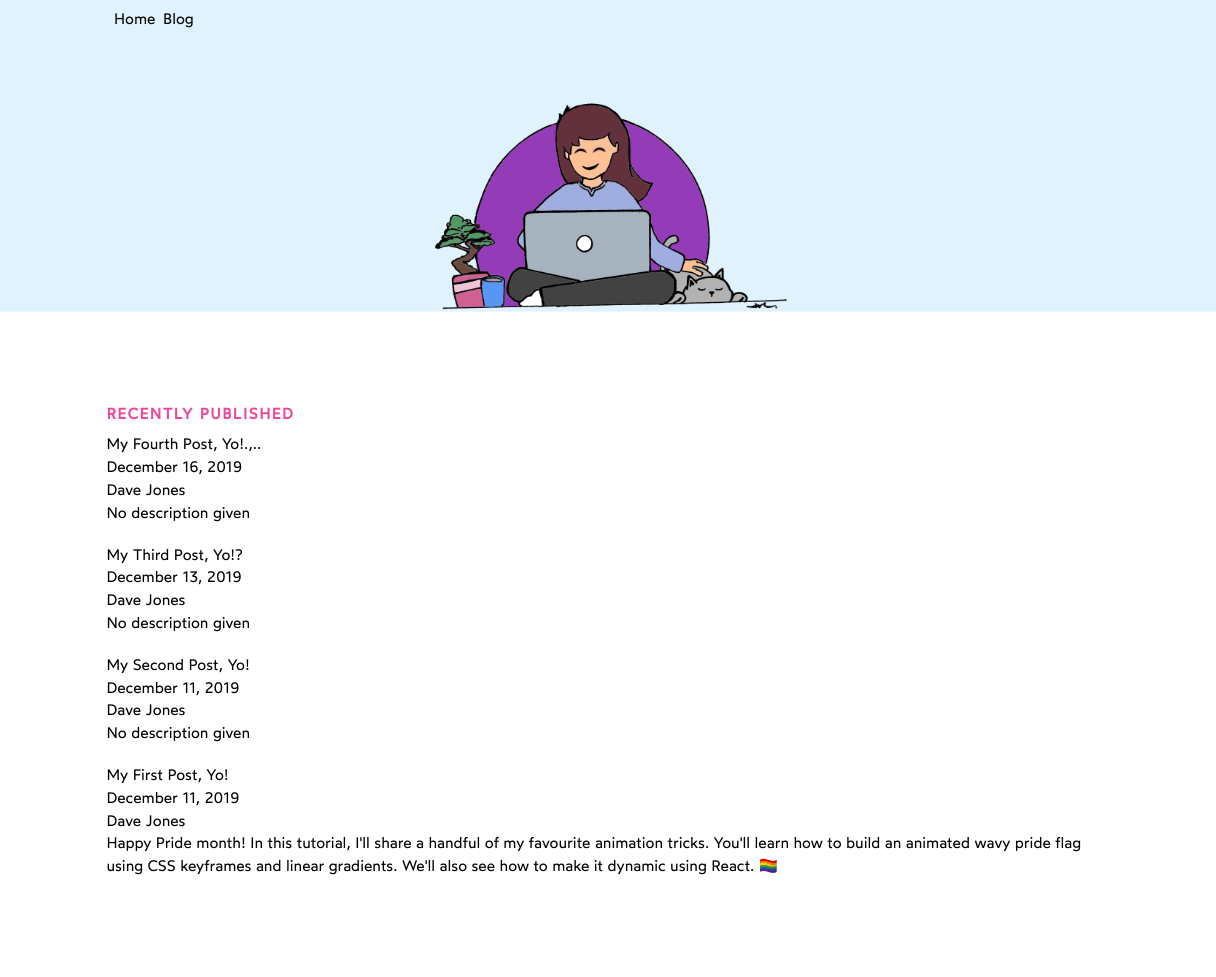
Repository: Risclover/markdown-blog
Page: /
An editor plug-in stored every save of this project. The page is shown before and after the next save, followed by the edit.
The browser window is 1280 px wide. The pictures show the whole page, at 95% of full size.
The project was rebuilt for these pictures with package versions that can differ from the ones it lists, and the page was loaded fresh each time.

Above is the page before, as saved 2023-06-28 15:34:39.

After the next save:
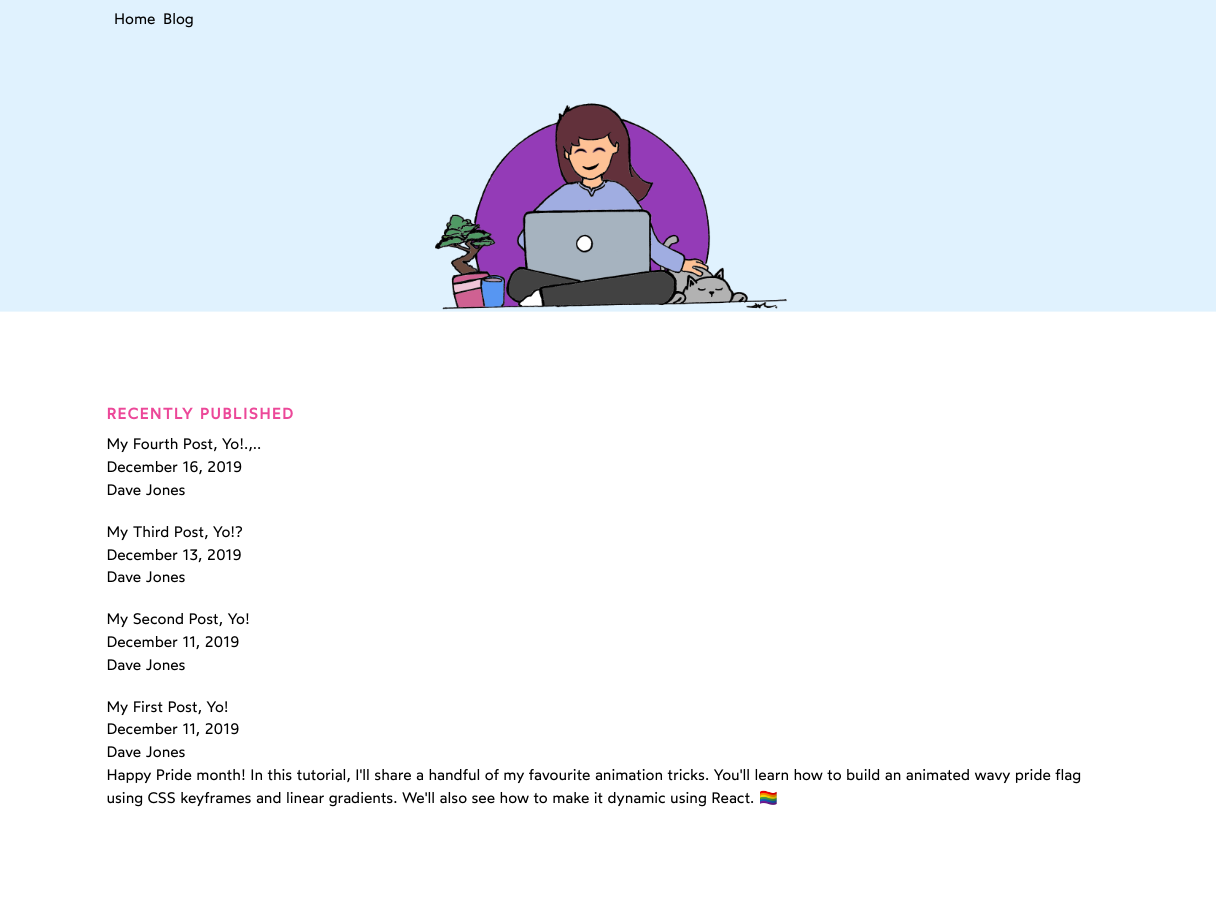
Saved 21 s later.
--- a/src/pages/Home.js
+++ b/src/pages/Home.js
@@ -23,7 +23,9 @@ export default function Home() {
             <div className="">{post.title}</div>
             <div>{post.date}</div>
             <div>{post.author}</div>
-            <div>{post.description}</div>
+            <div>
+              {post.description !== "No description given" && post.description}
+            </div>
           </div>
         ))}
       </div>
